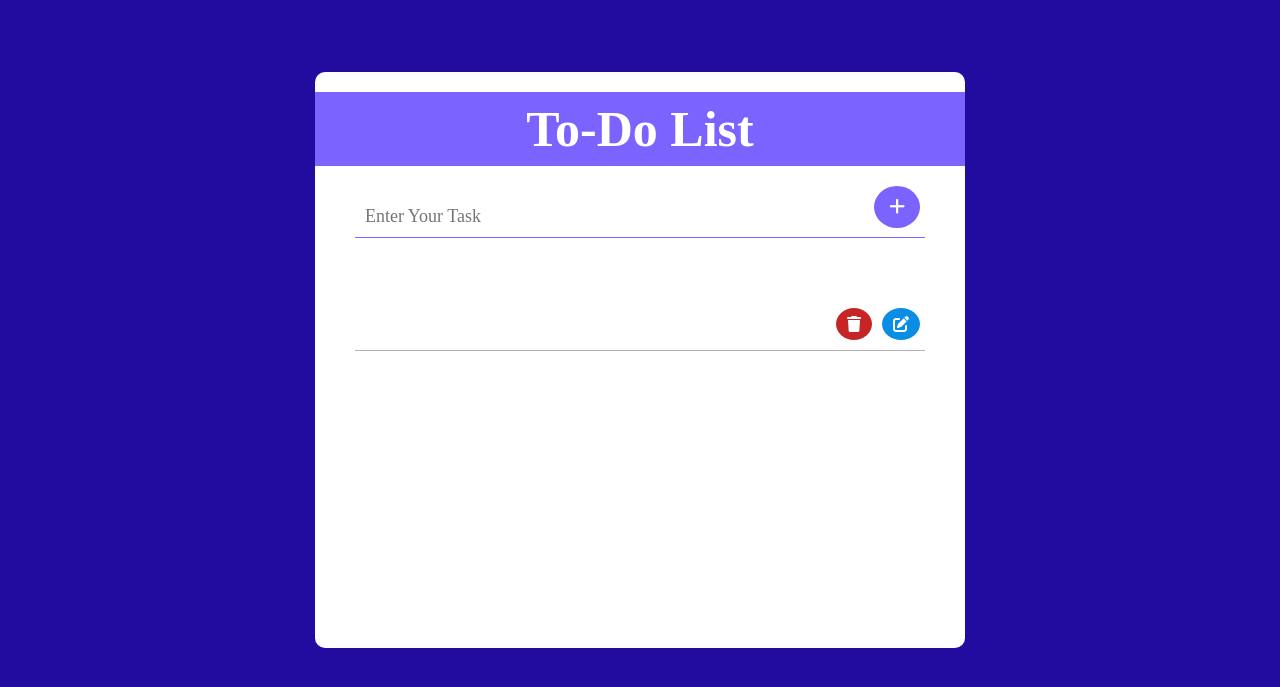
Repository: AliHassan02-Dev/To-Do-App
Page: /, after clicking the first element matching `span.fa-solid`
The author's editor kept a copy of each file at every save. The page is drawn from the files as they stood at one save, then again after the next save.
The browser window is 1280 px wide. The pictures show the whole page.
Some web libraries are served in a nearby version. The project was rebuilt for these pictures with package versions that can differ from the ones it lists, and the page was loaded fresh each time. Also part of the build but not shown: vite.config.js.

Above is the page before, as saved 2024-10-28 12:40:46.

### src/main.jsx
import { StrictMode } from 'react'
import { createRoot } from 'react-dom/client'
import './App.css'
import App from './App.jsx'

createRoot(document.getElementById('root')).render(
  <>
    <App />
  </>,
)

### src/App.css
* {
  margin: 0;
  padding: 0;
  box-sizing: border-box;
  font-family: poppins;
}

/* SCROLLBAR CSS */
::-webkit-scrollbar {
  width: 6px;
}
::-webkit-scrollbar-track {
  background-color: rgba(122, 99, 255, 0.208);
  border-radius: 20px;
  box-shadow: inset 0 0 6px rgba(0, 0, 0, 0.5);
}
::-webkit-scrollbar-thumb {
  border-radius: 20px;
  background-color: rgb(122, 99, 255);
}
/* SCROLLBAR CSS */

body {
  overflow: hidden;
}

.mainWrapper {
  width: 100%;
  height: 100vh;
  background-color: rgb(34, 12, 160);
  display: flex;
  justify-content: center;
  flex-direction: column;
}

.mainWrapper .container {
  width: 100%;
  max-width: 650px;
  height: 80vh;
  background-color: white;
  margin: auto;
  border-radius: 10px;
  display: flex;
  flex-direction: column;
}

.mainWrapper .container .topBar {
  margin: 20px 0px;
}

.mainWrapper .container .topBar h2 {
  width: 100%;
  text-align: center;
  background-color: rgb(122, 99, 255);
  font-size: 50px;
  padding: 8px;
  color: white;
}

.mainWrapper .container .topBar .addTask {
  width: 100%;
  display: flex;
  justify-content: center;
  align-items: center;
  padding: 10px 40px;
  margin-top: 20px;
  position: relative;
}

.mainWrapper .container .topBar .addTask .wrapper {
  width: 100%;
  display: flex;
  justify-content: center;
  align-items: center;
  position: relative;
}

.mainWrapper .container .topBar .addTask input {
  width: 100%;
  border: none;
  border-bottom: 1px solid rgb(122, 99, 255);
  font-size: 18px;
  padding: 10px;
  outline: none;
}

.mainWrapper .container .topBar .addTask span {
  position: absolute;
  bottom: 10px;
  right: 5px;
  background-color: rgb(122, 99, 255);
  color: white;
  font-size: 18px;
  padding: 12px 15px;
  border-radius: 100%;
  cursor: pointer;
}

.mainWrapper .container .bottomBar {
  margin: 20px 0px;
  padding: 10px 40px;
  overflow: hidden;
  overflow-y: scroll;
  height: 100%;
}

.mainWrapper .container .bottomBar ol {
  list-style-type: none;
}

.mainWrapper .container .bottomBar .taskList {
  width: 100%;
  flex-wrap: nowrap;
  display: flex;
  justify-content: space-between;
  align-items: center;
  border-bottom: 1px solid rgba(100, 100, 100, 0.5);
  padding: 10px 5px;
  margin-bottom: 28px;
}

.mainWrapper .container .bottomBar .taskList li {
  font-size: 20px;
  font-weight: 600;
}

.mainWrapper .container .bottomBar .taskList span {
  color: white;
  background-color: rgb(199, 37, 37);
  padding: 8px 11px;
  font-size: 16px;
  border-radius: 100%;
  cursor: pointer;
}

span.fa-solid.fa-edit {
  background-color: rgb(9, 141, 229) !important;
}

.buttons {
  display: flex;
  gap: 10px;
}

### src/App.jsx
import React, { useEffect, useState } from "react";
import TaskList from "./Components/TaskList";

const App = () => {
  const [taskValue, setTaskValue] = useState("");
  const [TaskItems, setTaskItems] = useState([]);
  const [isEditing, setIsEditing] = useState(false);
  const [editIndex, setEditIndex] = useState(null);

  const handleEvent = (e) => {
    setTaskValue(e.target.value);
  };

  // const addTaskItem = () => {
  //   setTaskItems((prevItem) => {
  //     return [...prevItem, taskValue];
  //   });
  //   setTaskValue("");
  // };
  const addTaskItem = () => {
    if (isEditing) {
      setTaskItems((prevItem) => {
        const updatedItems = [...prevItem];
        updatedItems[editIndex] = taskValue;
        return updatedItems;
      });
      setIsEditing(false);
      setEditIndex(null);
    } else {
      setTaskItems((prevItem) => [...prevItem, taskValue]);
    }
    setTaskValue("");
  };

  const removeTaskItem = (id) => {
    setTaskItems((prevItem) => {
      return prevItem.filter((arrElem, index) => {
        return index !== id;
      });
    });
  };

  const editTaskItem = (index) => {
    setTaskValue(TaskItems[index]);
    setIsEditing(true);
    setEditIndex(index);
  };

  useEffect(() => {
    const storedTasks = JSON.parse(localStorage.getItem("task-item"));
    if (storedTasks) {
      setTaskItems(storedTasks);
    }
  }, []);

  useEffect(() => {
    localStorage.setItem("task-item", JSON.stringify(TaskItems));
  }, [TaskItems]);

  return (
    <div className="mainWrapper">
      <div className="container">
        <div className="topBar">
          <h2>To-Do List</h2>

          <div className="addTask">
            <div className="wrapper">
              <input
                type="text"
                placeholder="Enter Your Task"
                onChange={handleEvent}
                value={taskValue}
              />
              <span className="fa-solid fa-plus" onClick={addTaskItem}></span>
            </div>
          </div>
        </div>
        <div className="bottomBar">
          <ol>
            {TaskItems.map((elem, idx) => {
              return (
                <TaskList
                  id={idx}
                  key={idx}
                  data={elem}
                  onRemove={removeTaskItem}
                  onEdit={editTaskItem}
                />
              );
            })}
          </ol>
        </div>
      </div>
    </div>
  );
};

export default App;

### src/Components/TaskList.jsx
import React from "react";

const TaskList = ({ data, id, onRemove, onEdit }) => {
  return (
    <div className="taskList">
      <li>{data}</li>
      <div className="buttons">
        <span
          className="fa-solid fa-trash"
          onClick={() => {
            onRemove(id);
          }}
        ></span>
        <span className="fa-solid fa-edit" onClick={() => onEdit(id)}></span>
      </div>
    </div>
  );
};

export default TaskList;

Loaded but not shown: index.html (common file)

After the next save:
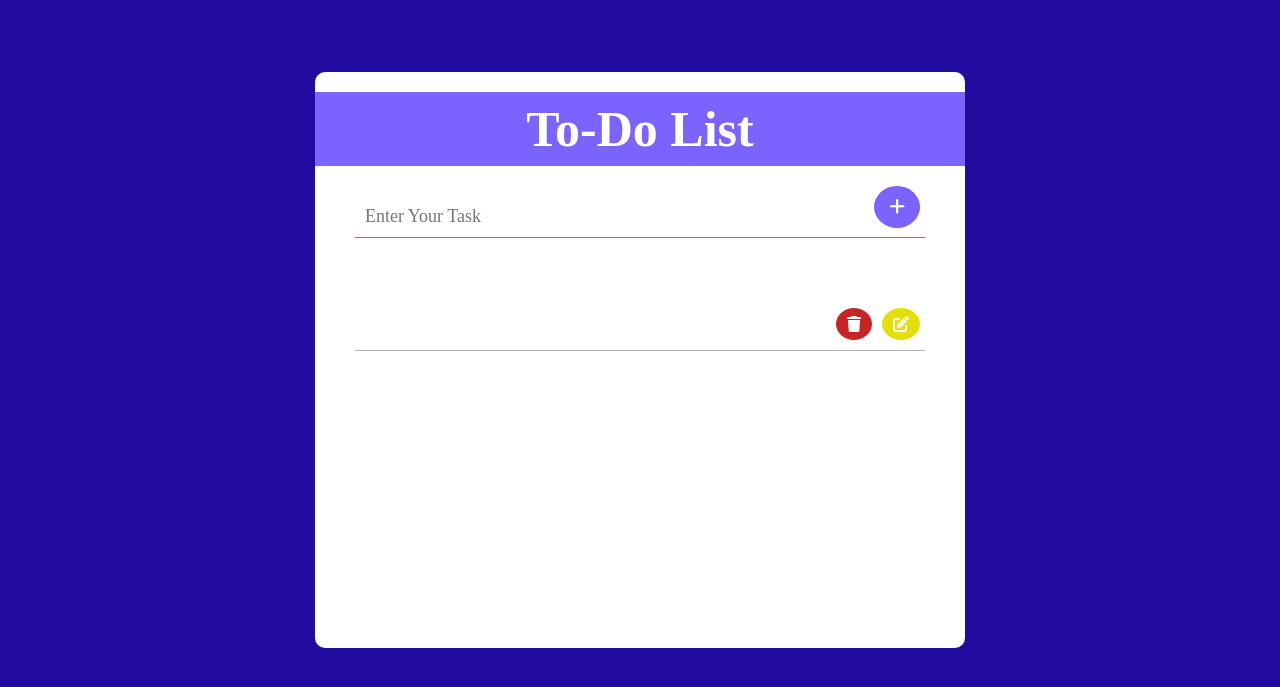
Saved 8 s later.
--- a/src/App.css
+++ b/src/App.css
@@ -134,7 +134,7 @@ body {
 }
 
 span.fa-solid.fa-edit {
-  background-color: rgb(9, 141, 229) !important;
+  background-color: rgb(229, 222, 9) !important;
 }
 
 .buttons {
